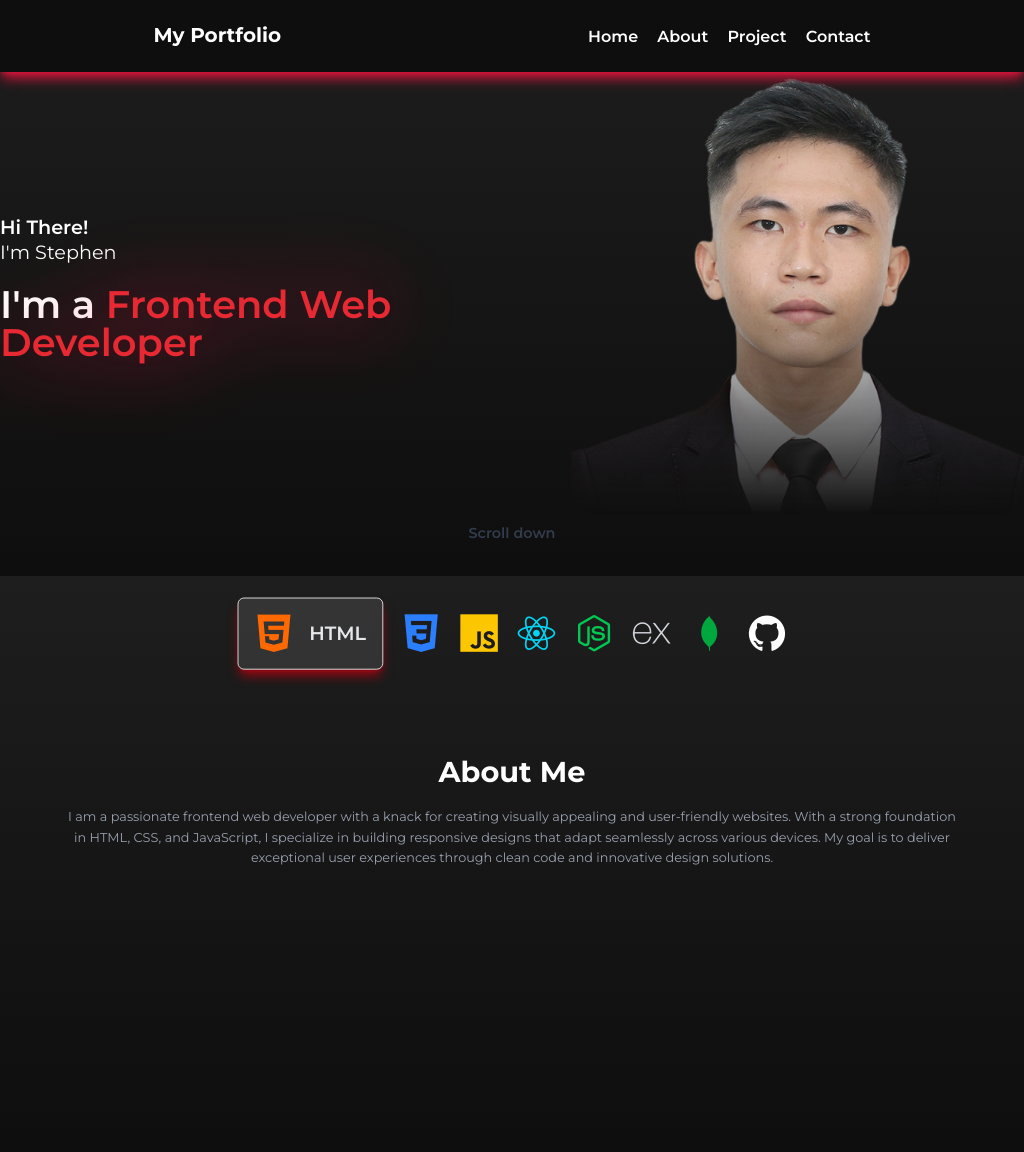
Repository: KaguyaKawaii/portfolio
Page: / (app in frontend/)
The author's editor kept a copy of each file at every save. The page is drawn from the files as they stood at one save, then again after the next save.
The browser window is 1280 px wide. The pictures show the whole page, at 80% of full size.
Some web libraries are served in a nearby version. The project was rebuilt for these pictures with package versions that can differ from the ones it lists, and the page was loaded fresh each time. Also part of the build but not shown: frontend/vite.config.js.

Above is the page before, as saved 2025-10-28 22:25:57.

After the next save:
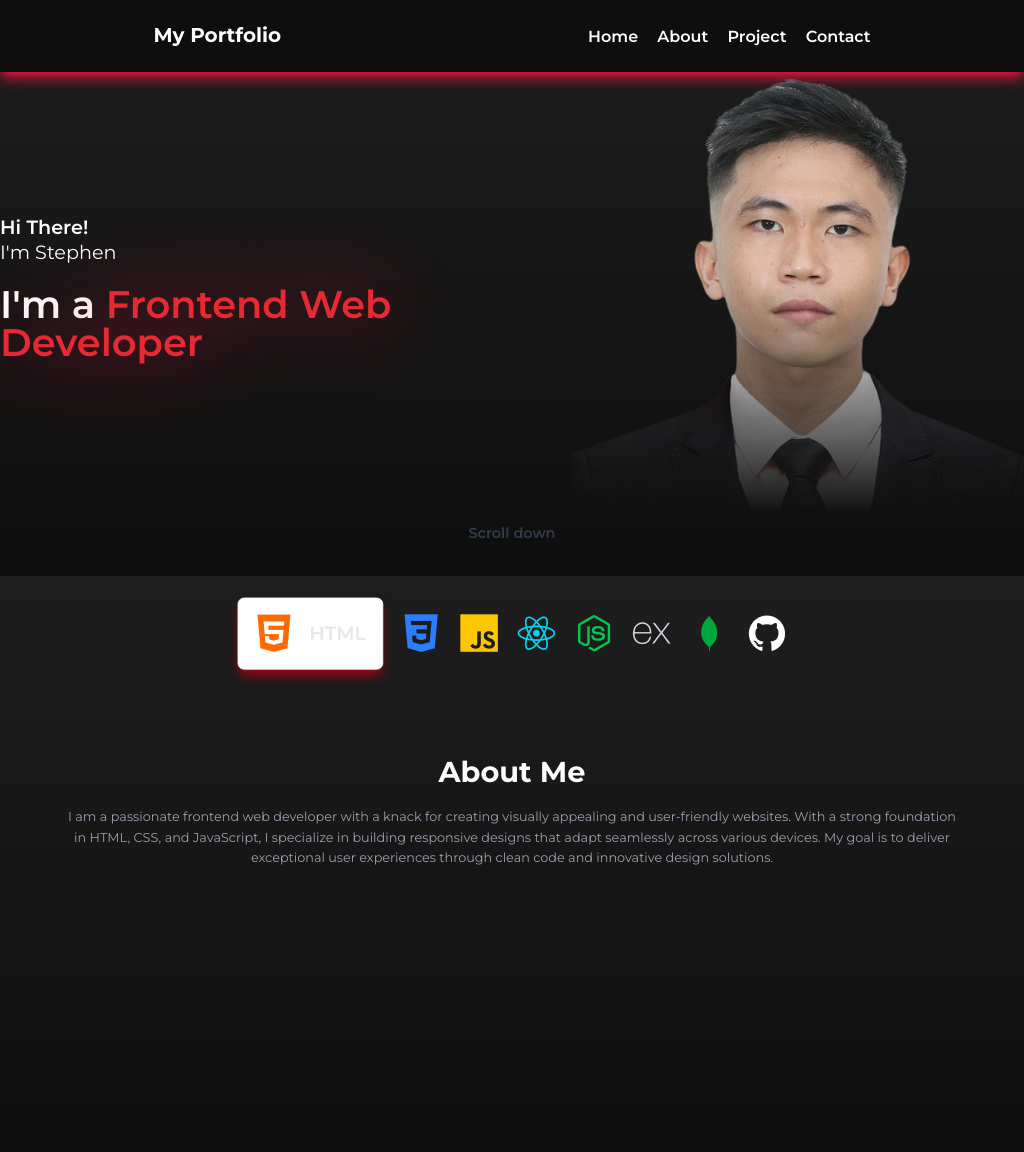
Saved 7 s later.
--- a/frontend/src/App.jsx
+++ b/frontend/src/App.jsx
@@ -57,7 +57,7 @@
 
                 <div className="flex flex-wrap gap-6 justify-center text-white animate-slide">
                   {/* HTML5 */}
-                  <div className="flex items-center hover:scale-110 transition-transform border rounded-lg p-5 gap-5 bg-white/10 shadow-lg shadow-red-800">
+                  <div className="flex items-center hover:scale-110 transition-transform border rounded-lg p-5 gap-5 bg-white shadow-lg shadow-red-800">
                     <i className="devicon-html5-plain text-orange-500 text-5xl"></i>
                     <p className='text-2xl text-gray-200 font-semibold'>HTML</p>
                   </div>
